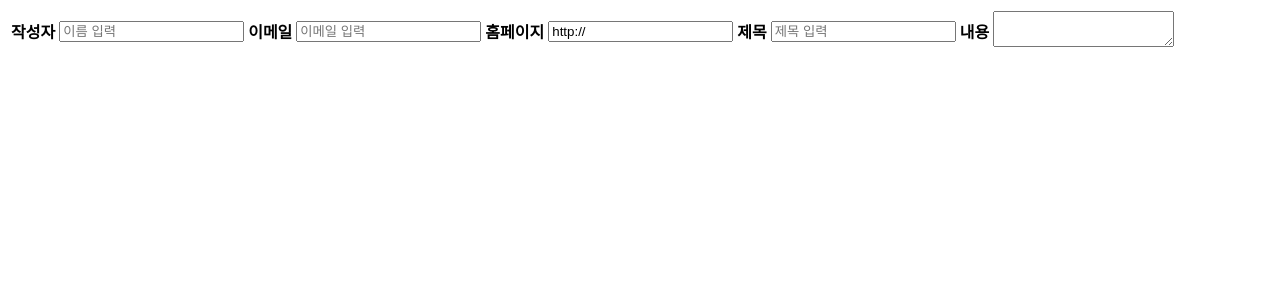
Repository: chaejunho689/bitcamp
Page: guestbookServlet/src/main/webapp/WEB-INF/guestbook/guestbookWrite.html
An editor plug-in stored every save of this project. The page is shown before and after the next save, followed by the edit.
The browser window is 1280 px wide. The pictures show the whole page.

Above is the page before, as saved 2024-09-03 03:24:18.

After the next save:
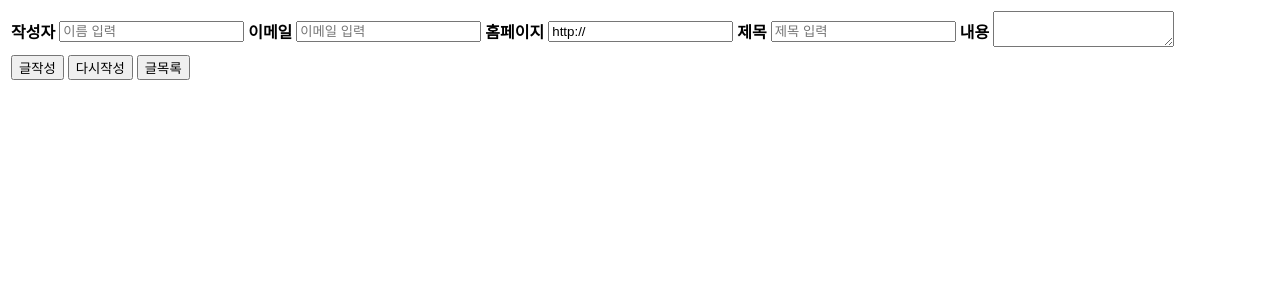
Saved 4 min 14 s later.
--- a/guestbookServlet/src/main/webapp/WEB-INF/guestbook/guestbookWrite.html
+++ b/guestbookServlet/src/main/webapp/WEB-INF/guestbook/guestbookWrite.html
@@ -28,7 +28,7 @@
 			</td>
 			<th> 내용 </th>
 			<td>
-				<textarea  type="text" id="content" name="content" placeholder="이메일 이볅">
+				<textarea  type="text" id="content" name="content"> </textarea>
 			</td>
 		</tr>
 		<tr>
